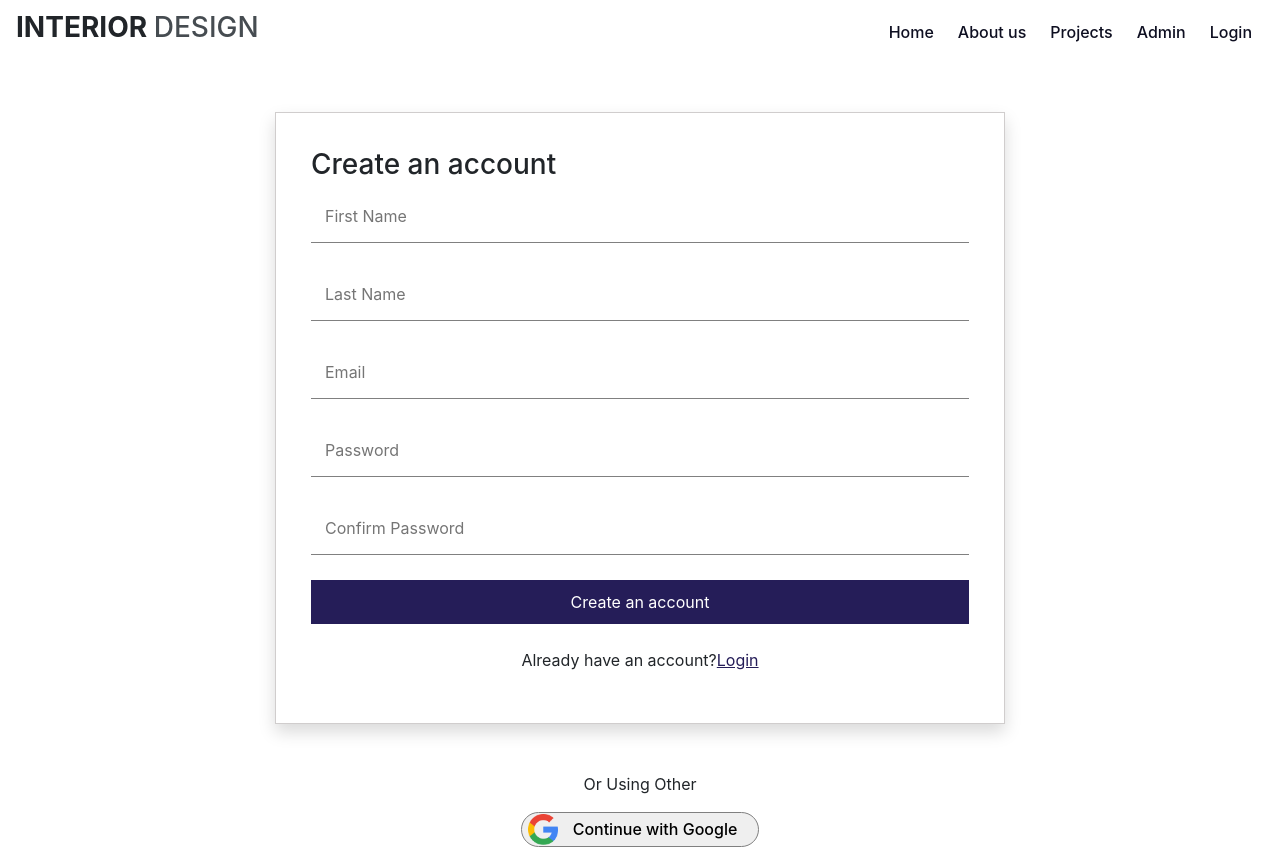
Repository: arif286/home-decoration-client-site
Page: /login
An editor plug-in stored every save of this project. The page is shown before and after a run of saves, followed by the edit.
The browser window is 1280 px wide. The pictures show the whole page.
The project was rebuilt for these pictures with package versions that can differ from the ones it lists, and the page was loaded fresh each time. Also part of the build but not shown: src/components/DashBoard/Admin/AddService/AddService.css, src/components/DashBoard/Admin/AddService/AddService.js, src/components/DashBoard/Admin/MakeAdmin/MakeAdmin.css, src/components/DashBoard/Admin/MakeAdmin/MakeAdmin.js, src/components/DashBoard/Admin/ManageService/ManageService.js, src/components/DashBoard/Admin/OrderList/OrderList.js, src/components/DashBoard/User/Booking/Booking.js, src/components/DashBoard/User/BookingList/BookingList.js and 19 more.

Above is the page before, as saved 2021-04-16 00:35:04.

After the next 2 saves:
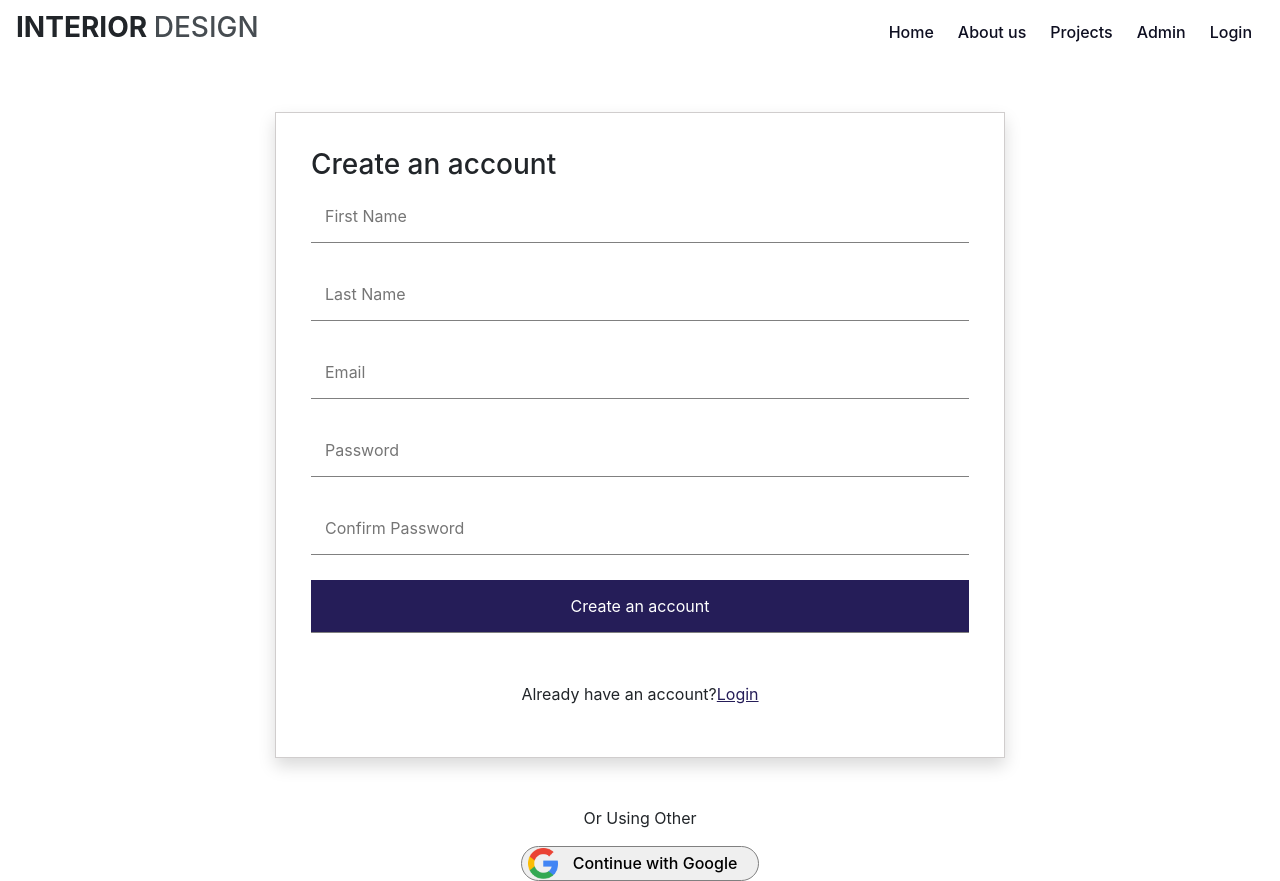
The 2 saves are shown as one change because 1 did not build or start.
The last was saved 5 min 15 s later.
--- a/src/components/LoginPage/SignUp/SignUp.js
+++ b/src/components/LoginPage/SignUp/SignUp.js
@@ -68,9 +68,11 @@ const SignUp = () => {
                 />
                 {errors.confirmation && <p>{errors.confirmation.message}</p>}
 
-                <button type="submit" className="w-100 submit-btn">
-                  Create an account
-                </button>
+                <input
+                  type="submit"
+                  value="Create an account"
+                  className="w-100 submit-btn"
+                ></input>
                 <p className="text-center mt-4">
                   Already have an account?
                   <span
@@ -92,13 +94,13 @@ const SignUp = () => {
                   type="email"
                   {...register("email", { required: true })}
                   placeholder="Email"
-                  />
+                />
 
                 <input
                   type="password"
                   {...register("password", { required: true })}
                   placeholder="Password"
-                  />
+                />
 
                 <div className="d-flex justify-content-between">
                   <div>
